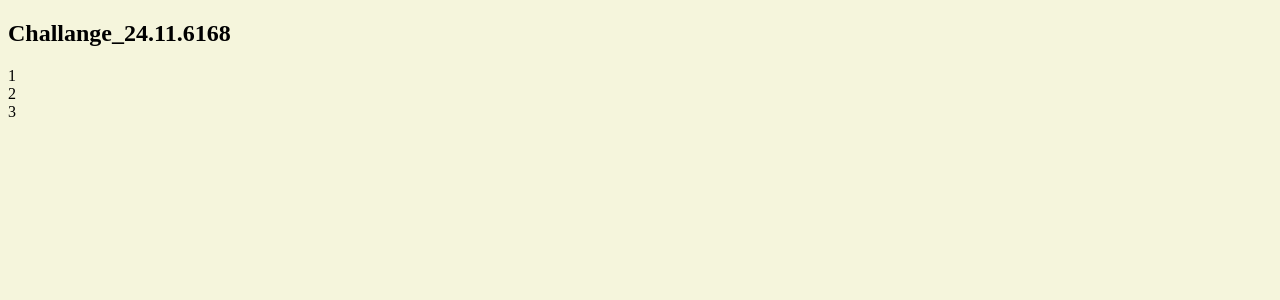
Repository: Ms-Ulfiyahrustam/p5_pemogramanweb
Page: index.html
An editor plug-in stored every save of this project. The page is shown before and after the next save, followed by the edit.
The browser window is 1280 px wide. The pictures show the whole page.

Above is the page before, as saved 2026-04-27 09:03:00.

### index.html
<!DOCTYPE html>
<html lang="en">
<head>
    <meta charset="UTF-8">
    <meta name="viewport" content="width=device-width, initial-scale=1.0">
    <link rel="stylesheet" href="style.css">
    <title>Document</title>
</head>
<body class="body">
    <h2>Challange_24.11.6168</h2>
    <div>1</div>
    <div>2</div>
    <div>3</div>
</body>
</html>

### style.css
.body {
    background-color: beige;
}

.header {
    background-color: coral;
}

.flex-container > div {
    background-color : white;
    margin: 10px;
    padding: 20px;
    font-size: 30;
}

After the next save:
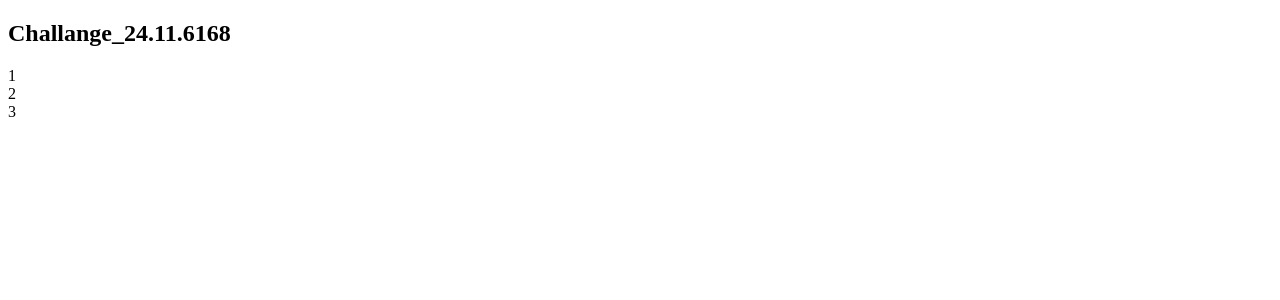
Saved 78 s later.
--- a/style.css
+++ b/style.css
@@ -1,10 +1,4 @@
-.body {
-    background-color: beige;
-}
 
-.header {
-    background-color: coral;
-}
 
 .flex-container > div {
     background-color : white;
@@ -12,3 +6,9 @@
     padding: 20px;
     font-size: 30;
 }
+
+
+.flex-container{
+    display: flex;
+    background-color: rgb(139, 178, 236);
+}
